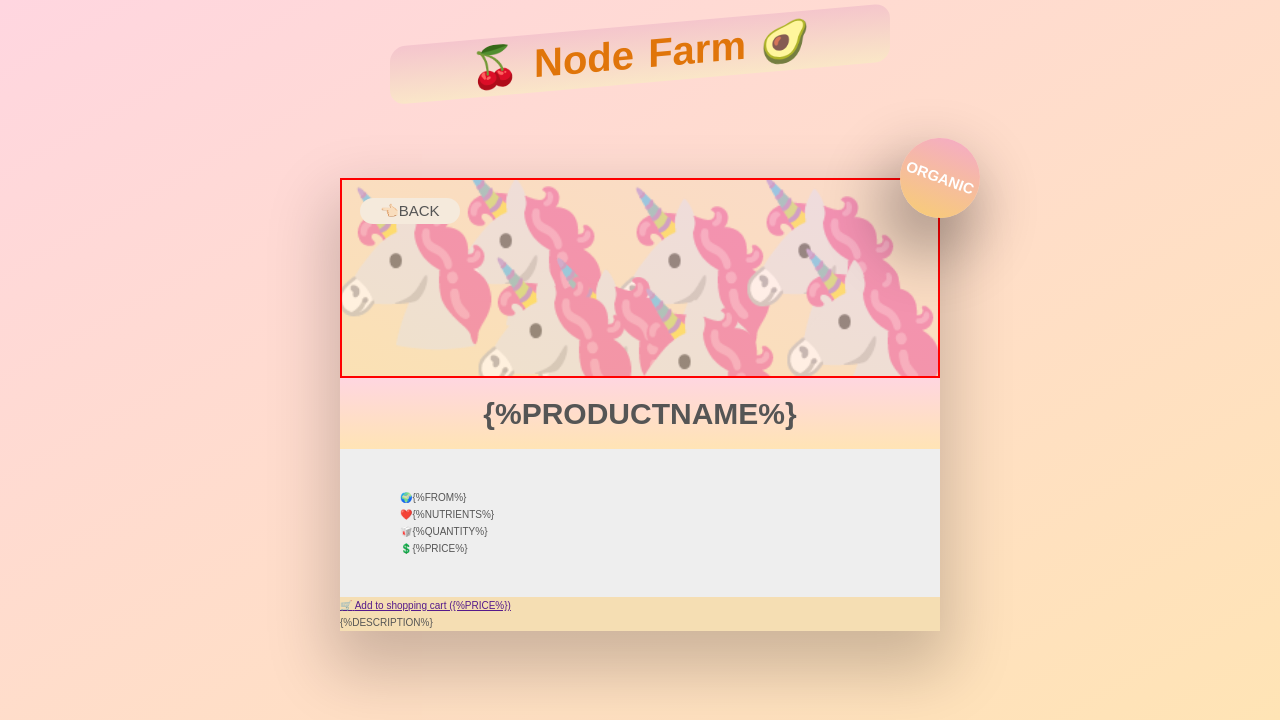
Repository: Kubraaygun/NodeFarm_Backend
Page: templates/product.html
The author's editor kept a copy of each file at every save. The page is drawn from the files as they stood at one save, then again after the next save.
The browser window is 1280 px wide. The pictures show the whole page.

Above is the page before, as saved 2025-09-09 23:05:53.

After the next save:
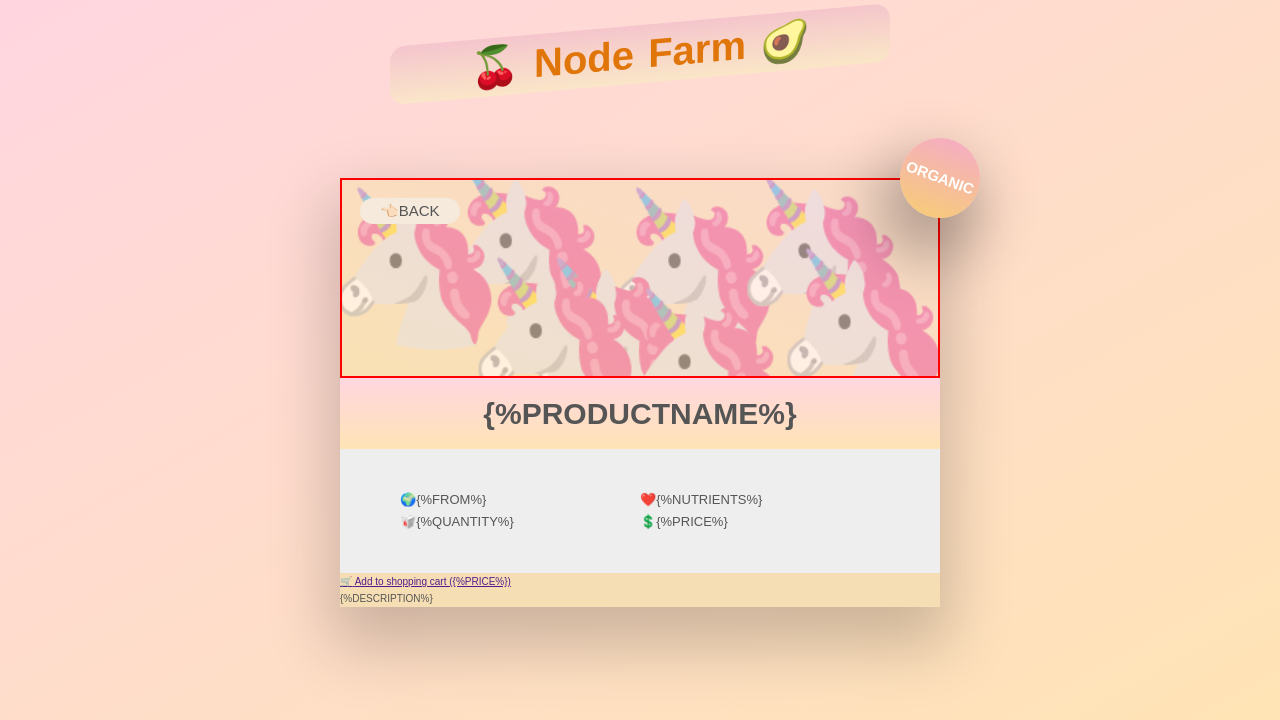
Saved 16 s later.
--- a/templates/product.html
+++ b/templates/product.html
@@ -180,6 +180,9 @@
       .product__details {
         background-color: #eee;
         padding: 4rem 6rem;
+        font-size: 1.3rem;
+        display: grid;
+        grid-template-columns: 1fr 1fr;
       }
     </style>
   </head>
